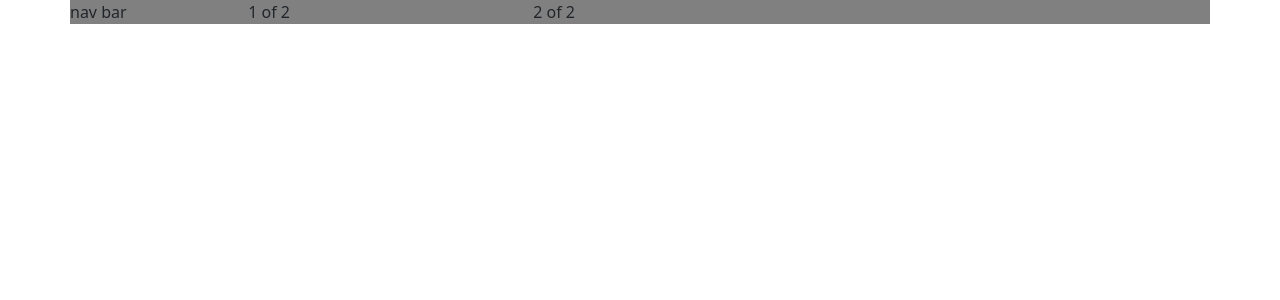
Repository: roommeet/roommeet.github.io
Page: booking.html
The author's editor kept a record of every edit. The page is drawn from the files as they stood at one moment, then again after the next edit.
The browser window is 1280 px wide. The pictures show the whole page.

Above is the page before.

### booking.html
<!DOCTYPE html>
<html>
    <head>

            <title>Booking</title>
            <meta charset="utf-8">
            <meta name="viewport" content="width=device-width, initial-scale=1">

            <!-- Bootstrap CSS -->
            <link href="https://cdn.jsdelivr.net/npm/bootstrap@5.1.0/dist/css/bootstrap.min.css" rel="stylesheet"
            integrity="sha384-KyZXEAg3QhqLMpG8r+8fhAXLRk2vvoC2f3B09zVXn8CA5QIVfZOJ3BCsw2P0p/We"
            crossorigin="anonymous">

            <!-- Vue 3: development -->
            <script src="https://unpkg.com/vue@next"></script>
            <style>

                .row{
                    background-color:grey;
                }
            </style>
    </head>
    <body>
        <div class="container text-center">

             <div class="row">   nav bar

                      <div class="col-3 box"> 1 of 2 </div>
                      <div class="col-3 box"> 2 of 2 </div>

             </div>

        </div>
    </body>
</html>

After the next edit:
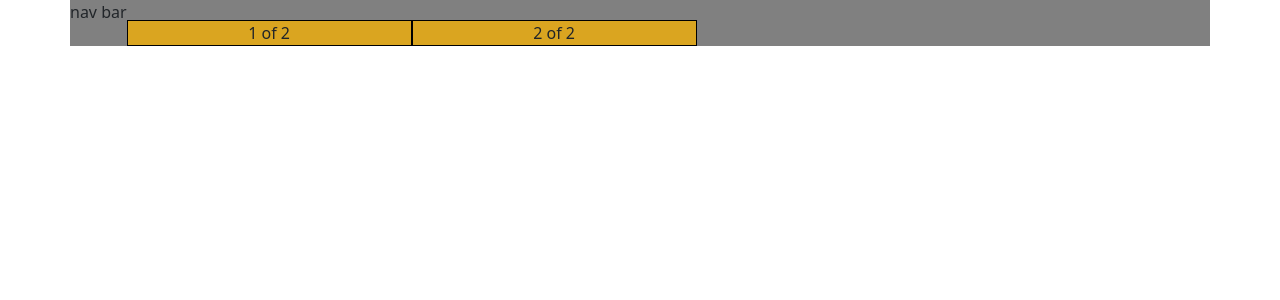
The edit:
--- a/booking.html
+++ b/booking.html
@@ -18,6 +18,15 @@
                 .row{
                     background-color:grey;
                 }
+                   .box {
+                      background-color: goldenrod;
+                      border: 1px solid black;
+                      margin-top: 20px;
+                      }
+
+      .container{
+        background-color: grey;
+      }
             </style>
     </head>
     <body>
